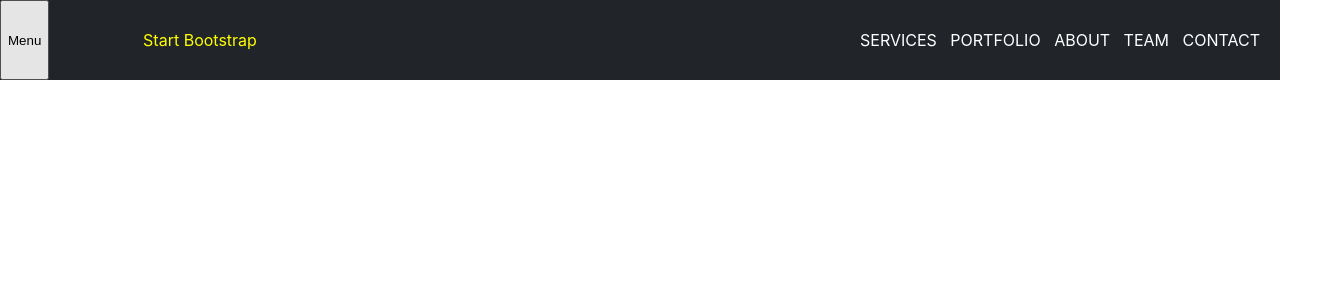
Repository: ooter37/media-queries-afternoon
Page: / (app in portfolio-clone/)
The author's editor kept a copy of each file at every save. The page is drawn from the files as they stood at one save, then again after the next save.
The browser window is 1280 px wide. The page is 1329 px wide, then 1280 px, so the pictures cover 1329 px, including what lies to the right of the window. The pictures show the whole page.
The project was rebuilt for these pictures with package versions that can differ from the ones it lists, and the page was loaded fresh each time.

Above is the page before, as saved 2020-04-13 14:20:24.

### portfolio-clone/src/App.js
import React from 'react';
import './App.css';
import Banner from './Components/Banner'

function App() {
  return (
    <div className="App">
      <Banner />
    </div>
  );
}

export default App;

### portfolio-clone/src/App.css
body {
  width: 100vw;
}

.header {
  width: 100%;
  height: 80px;
  background-color: #212529;
  display: flex;
}

.navbar {
  height: 100%;
  width: 100%;
  display: flex;
  align-items: center;
}

.buttons {
  width: 400px;
	display: flex;
	flex-direction: row;
	justify-content: space-between;
  align-items: center;
  position: fixed;
  top: 30px;
  right: 20px;
  color: white;
  font-weight: 400;
}
.buttons-background {
  width: 100vw;
  height: 400px;
}

.start-bootstrap {
  width: 400px;
  display: flex;
  justify-content: center;
  position: fixed;
  top: 30px;
  left: 0px;
  color: yellow;
}

@media screen and (max-width: 991px) {
  .buttons-background {
    background-color: #212529;
  }
  .buttons {
    flex-direction: column;
    align-items: baseline;
    justify-content: space-around;
    min-width: 300px;
    height: 150px;
    left: 147px;
    top: 50px;

  }

}

### portfolio-clone/src/Components/Banner.js
import React from 'react'



export default class Banner extends React.Component {
    constructor() {
        super()
        this.state = {
            hideSidebar: false
        }
    }

    toggleSidebar() {
        this.setState((prev) => {
            return {
                hideSidebar: !prev.hideSidebar
            }
        })

    }
    render() {
        return (
            <header className='header'>
            <button className='hide-button' onClick={() => this.toggleSidebar()}>Menu</button>
                <nav className='navbar'>
                    <div className='start-bootstrap'>Start Bootstrap</div>
                    <div className='buttons-background'>
                    <div className='buttons'>

                            <div>SERVICES</div>

                            <div>PORTFOLIO</div>

                            <div>ABOUT</div>

                            <div>TEAM</div>

                            <div>CONTACT</div>

                    </div>
                    </div>
                </nav>
            </header>
        )
    }
}

Loaded but not shown: portfolio-clone/public/index.html (common file); portfolio-clone/src/index.js (common file); portfolio-clone/src/index.css (common file); portfolio-clone/src/serviceWorker.js (common file)

After the next save:
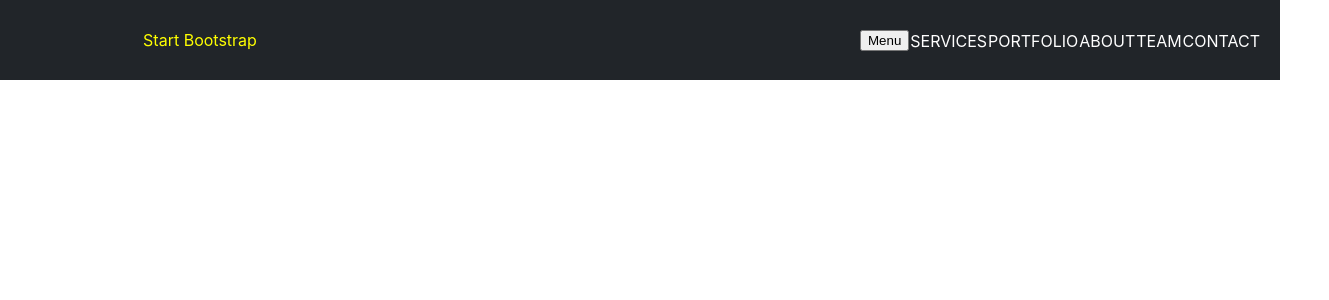
Saved 7 s later.
--- a/portfolio-clone/src/Components/Banner.js
+++ b/portfolio-clone/src/Components/Banner.js
@@ -21,11 +21,11 @@ export default class Banner extends React.Component {
     render() {
         return (
             <header className='header'>
-            <button className='hide-button' onClick={() => this.toggleSidebar()}>Menu</button>
                 <nav className='navbar'>
                     <div className='start-bootstrap'>Start Bootstrap</div>
                     <div className='buttons-background'>
                     <div className='buttons'>
+            <button className='hide-button' onClick={() => this.toggleSidebar()}>Menu</button>
 
                             <div>SERVICES</div>
 
